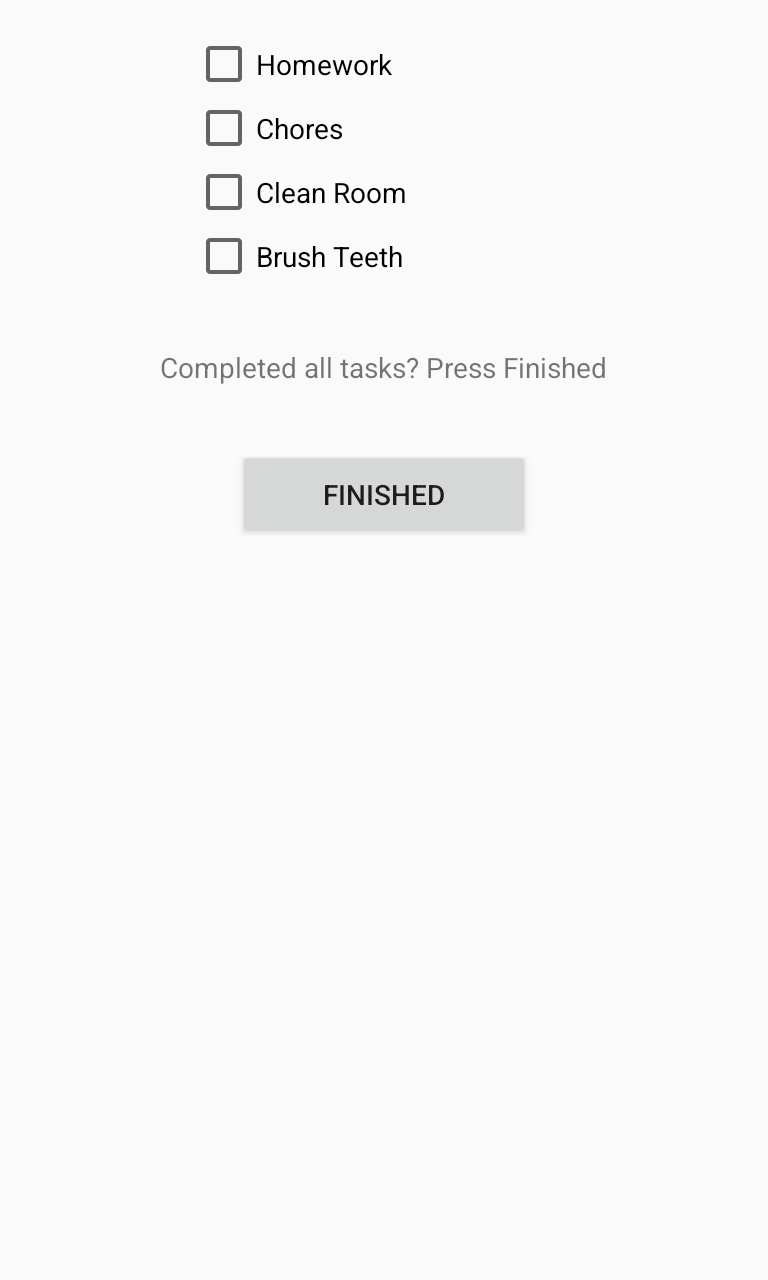
Repository: g80349/Java1
Layout: Week1 Project/ToDoList/res/layout/fragment_main.xml
An editor plug-in stored every save of this project. The layout is shown before and after the next save, followed by the edit.
It is drawn on a 768 x 1280 px phone screen (xhdpi) without system bars, with theme AppTheme; the app's code is not run. The app's manifest (not shown) leaves right-to-left support off. So textAlignment, textDirection and layoutDirection are ignored, and left and right values win over start and end ones.

Above is the layout before, as saved 2014-04-03 17:30:36.

### Week1 Project/ToDoList/res/layout/fragment_main.xml
<LinearLayout xmlns:android="http://schemas.android.com/apk/res/android"
    xmlns:tools="http://schemas.android.com/tools"
    android:layout_width="match_parent"
    android:layout_height="match_parent"
    android:orientation="vertical"
    android:paddingBottom="@dimen/activity_vertical_margin"
    android:paddingLeft="@dimen/activity_horizontal_margin"
    android:paddingRight="@dimen/activity_horizontal_margin"
    android:paddingTop="@dimen/activity_vertical_margin"
    tools:context="com.example.todolist.MainActivity$PlaceholderFragment" >

    <CheckBox
        android:id="@+id/check_homework"
        android:layout_width="wrap_content"
        android:layout_height="wrap_content"
        android:layout_marginLeft="80dp"
        android:text="@string/check_homework" />

    <CheckBox
        android:id="@+id/check_chores"
        android:layout_width="wrap_content"
        android:layout_height="wrap_content"
        android:layout_marginLeft="80dp"
        android:text="@string/check_chores" />

    <CheckBox
        android:id="@+id/check_cleanRoom"
        android:layout_width="wrap_content"
        android:layout_height="wrap_content"
        android:layout_marginLeft="80dp"
        android:text="@string/check_cleanRoom" />

    <CheckBox
        android:id="@+id/check_brushTeeth"
        android:layout_width="wrap_content"
        android:layout_height="wrap_content"
        android:layout_marginLeft="80dp"
        android:text="@string/check_brushTeeth" />

    <TextView
        android:id="@+id/textView_toDo"
        android:layout_width="wrap_content"
        android:layout_height="wrap_content"
        android:layout_gravity="center_horizontal"
        android:layout_marginBottom="30dp"
        android:layout_marginTop="30dp"
        android:text="@string/textView_toDo" />

    <Button
        android:id="@+id/button_finish"
        android:layout_width="148dp"
        android:layout_height="wrap_content"
        android:layout_gravity="center"
        android:text="@string/button_finish" />

</LinearLayout>

### Week1 Project/ToDoList/res/values/strings.xml
<?xml version="1.0" encoding="utf-8"?>
<resources>

    <string name="app_name">To Do List</string>
    <string name="check_homework">Homework</string>
    <string name="check_chores">Chores</string>
    <string name="check_cleanRoom">Clean Room</string>
    <string name="check_brushTeeth">Brush Teeth</string>
    <string name="button_finish">Finished</string>
    <string name="textView_toDo">Completed all tasks? Press Finished</string>
    <string name="action_settings">Settings</string>

</resources>

Loaded but not shown: Week1 Project/ToDoList/res/values/styles.xml (common file); Week1 Project/ToDoList/res/values-v11/styles.xml (common file); Week1 Project/ToDoList/res/values-v14/styles.xml (common file); Week1 Project/ToDoList/res/values/dimens.xml (common file); Week1 Project/ToDoList/res/values-w820dp/dimens.xml (common file)

After the next save:
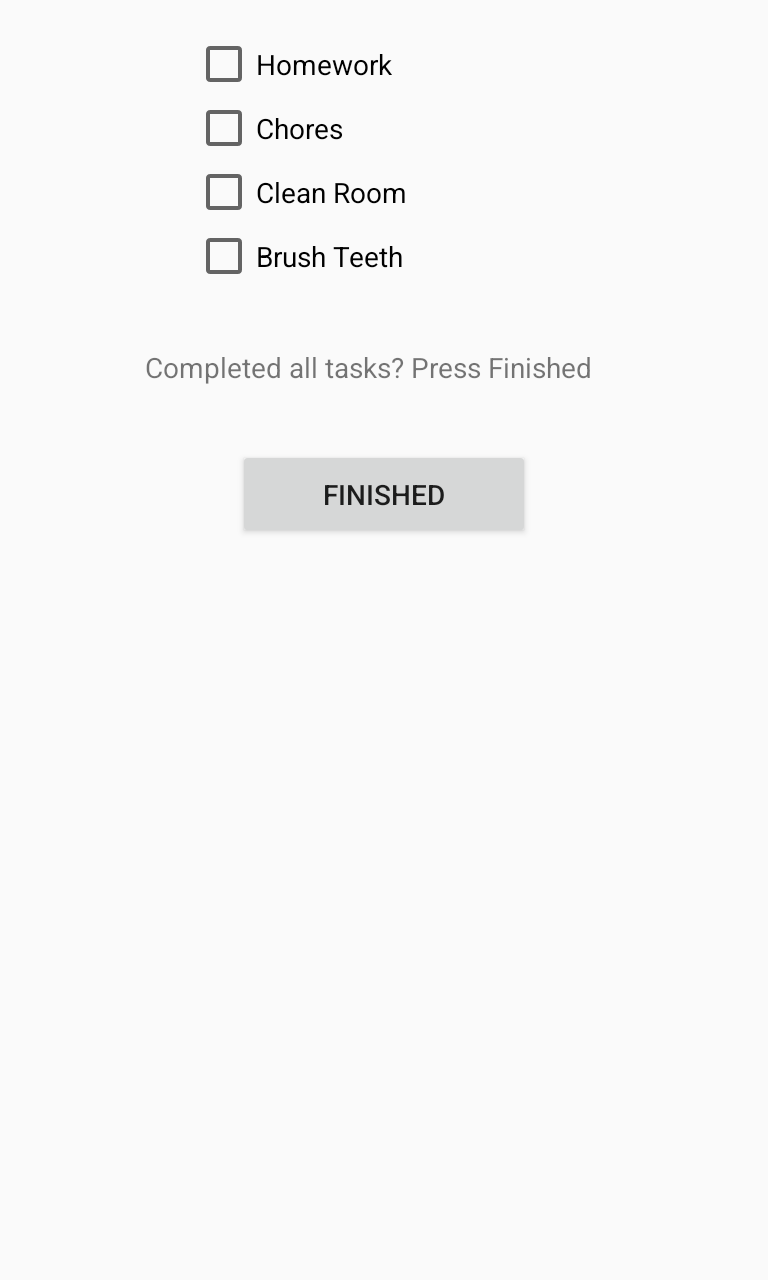
Saved 4 s later.
--- a/Week1 Project/ToDoList/res/layout/fragment_main.xml
+++ b/Week1 Project/ToDoList/res/layout/fragment_main.xml
@@ -39,12 +39,13 @@
 
     <TextView
         android:id="@+id/textView_toDo"
-        android:layout_width="wrap_content"
+        android:layout_width="239dp"
         android:layout_height="wrap_content"
         android:layout_gravity="center_horizontal"
         android:layout_marginBottom="30dp"
         android:layout_marginTop="30dp"
-        android:text="@string/textView_toDo" />
+        android:text="@string/textView_toDo"
+        android:textAlignment="center" />
 
     <Button
         android:id="@+id/button_finish"
